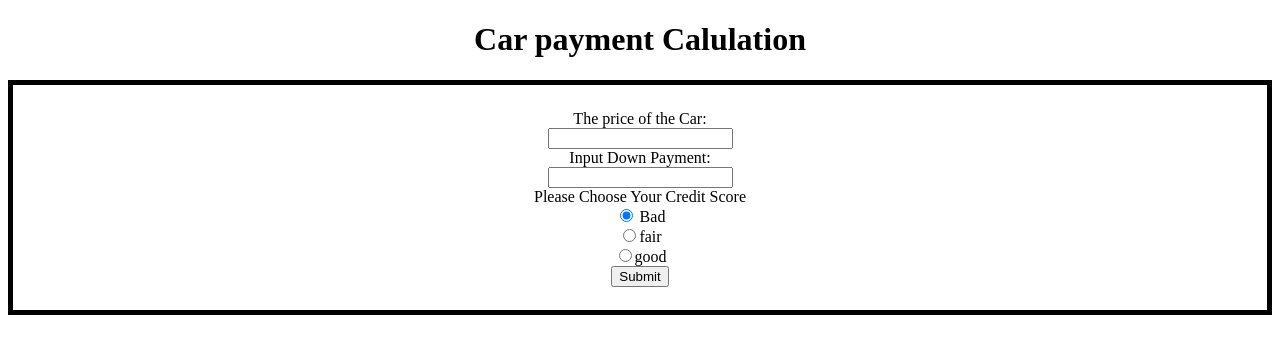
Repository: Lpanglb/COSW30
Page: http://localhost/Homework/HW5/Form.php
The author's editor kept a record of every edit. The page is drawn from the files as they stood at one moment, then again after the next edit.
The browser window is 1280 px wide. The pictures show the whole page.
The page is run by PHP 8.4 with error messages shown; the project is at /var/www/html/.

Above is the page before.

### Homework/HW5/Form.php
<?php include('include/header.php'); ?>

    <body>
        <section>

        </section>

        <div class="part">
        <div class = "form_part">

            <form action = "Preocess.php" method = "POST">
                <label for = "number"> The price of the Car:<br></label>
                 <input type = "number" name = "number1" id = "number1"  required><br>

                <label for = "number">Input Down Payment: <br></label>
                 <input type = "number" name = "number2" id = "number2"  required><br>

                <label for = "operation">Please Choose Your Credit Score<br></label>
                      <input type="radio" name="operation" value="bad" checked> Bad<br>
                      <input type="radio" name="operation" value="fair">fair<br>
                      <input type="radio" name="operation" value="good">good <br>

                <button>Submit</button>

            </form>

        </div>
        </div>





    </body>

    <footer>


    </footer>



</html>

### Homework/HW5/include/header.php
<!DOCTYPE HTML>

<html>
    <head>
        <title>Simple Forms</title>
       <style>

           .form_part {
               text-align: center;
                border-style: solid;
                border-width: 5px;
                height: 200px;
                padding-top: 2%;


           }

           h1{
               text-align: center;
           }
       </style>



    </head>

    <h1>Car payment Calulation</h1>

After the next edit:
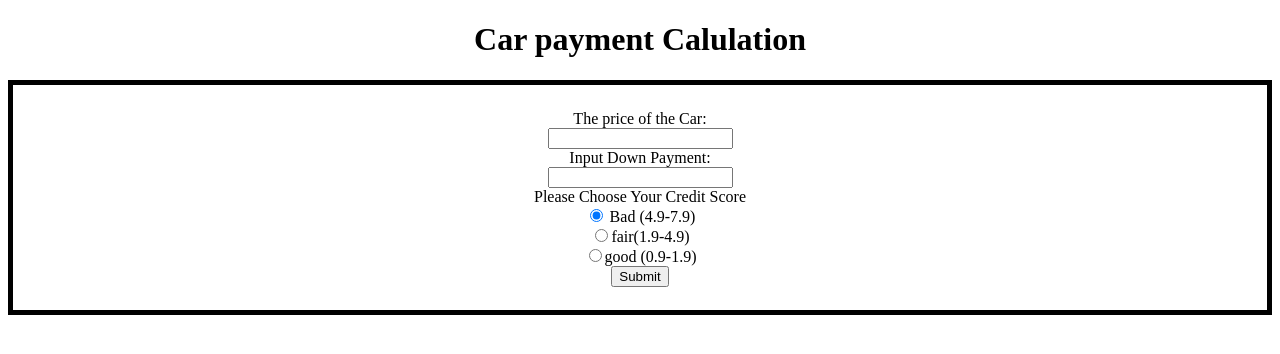
The edit:
--- a/Homework/HW5/Form.php
+++ b/Homework/HW5/Form.php
@@ -16,9 +16,9 @@
                  <input type = "number" name = "number2" id = "number2"  required><br>
 
                 <label for = "operation">Please Choose Your Credit Score<br></label>
-                      <input type="radio" name="operation" value="bad" checked> Bad<br>
-                      <input type="radio" name="operation" value="fair">fair<br>
-                      <input type="radio" name="operation" value="good">good <br>
+                      <input type="radio" name="operation" value="bad" checked> Bad (4.9-7.9)<br>
+                      <input type="radio" name="operation" value="fair">fair(1.9-4.9)<br>
+                      <input type="radio" name="operation" value="good">good (0.9-1.9) <br>
 
                 <button>Submit</button>
 
